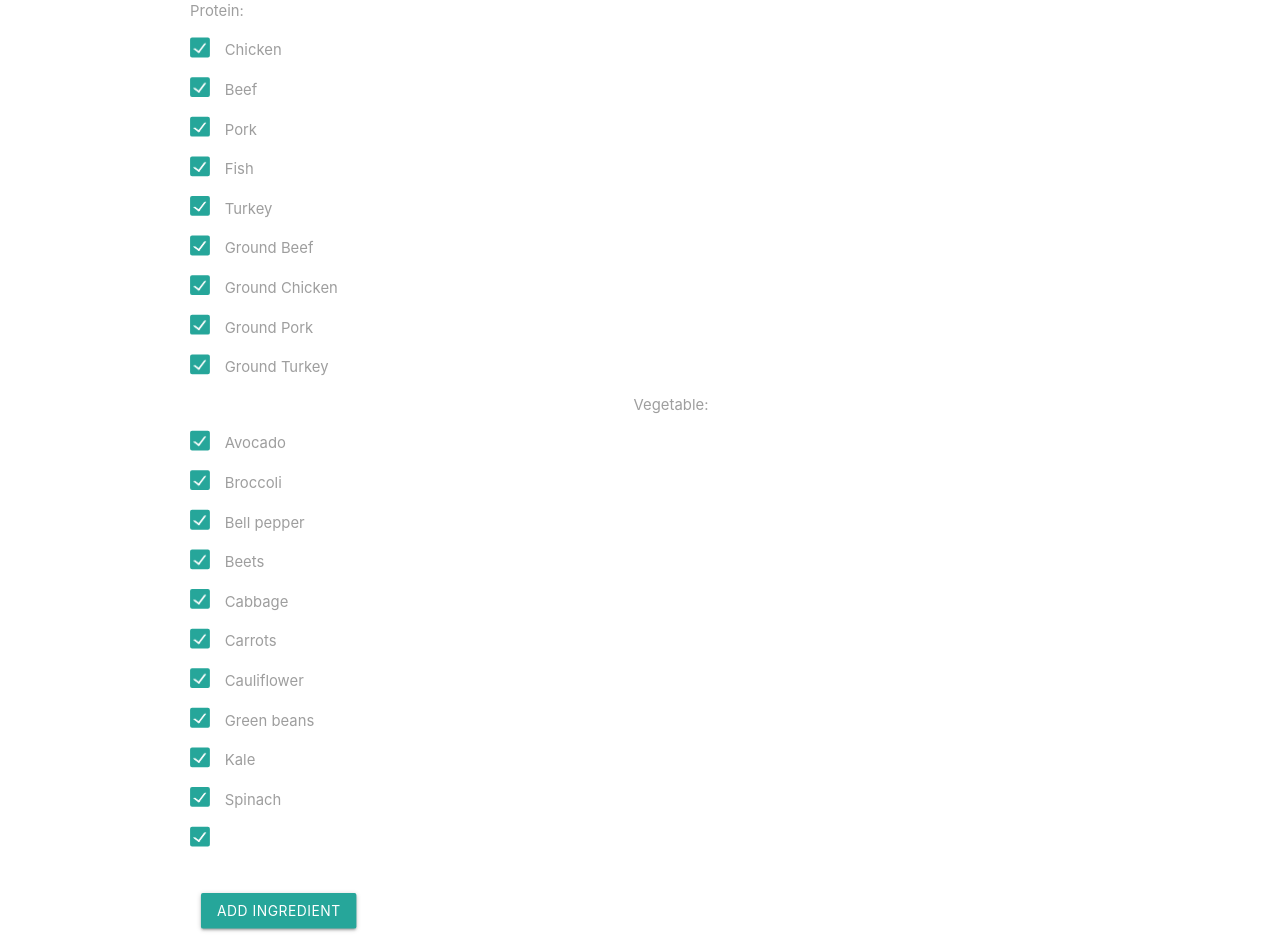
Repository: Aaron-R-Carter/Project1
Page: prototype.html
An editor plug-in stored every save of this project. The page is shown before and after the next save, followed by the edit.
The browser window is 1280 px wide. The pictures show the whole page, at 99% of full size.

Above is the page before, as saved 2019-10-31 23:39:29.
Console error: SyntaxError: Unexpected token '<'

### prototype.html
<!DOCTYPE html>
<html>

<head>
    <!--Import Google Icon Font-->
    <link href="https://fonts.googleapis.com/icon?family=Material+Icons" rel="stylesheet">
    <!--Import materialize.css-->
    <link rel="stylesheet" href="https://cdnjs.cloudflare.com/ajax/libs/materialize/1.0.0/css/materialize.min.css">
    <link rel="stylesheet" href="./prototype.css">
    <!--Let browser know website is optimized for mobile-->
    <meta name="viewport" content="width=device-width, initial-scale=1.0" />

</head>

<body>

    <div class="container">
        <div id="check-box" class="row">
            <div class="protein-col m3">

                <form action="#">
                    <label type="text" class="label">Protein:</label>
                    <p>
                        <label>
                            <input type="checkbox" class="filled-in" checked="checked" />
                            <span>Chicken</span>
                        </label>
                    </p>
                    <p>
                        <label>
                            <input type="checkbox" class="filled-in" checked="checked" />
                            <span>Beef</span>
                        </label>
                    </p>
                    <p>
                        <label>
                            <input type="checkbox" class="filled-in" checked="checked" />
                            <span>Pork</span>
                        </label>
                    </p>
                    <p>
                        <label>
                            <input type="checkbox" class="filled-in" checked="checked" />
                            <span>Fish</span>
                        </label>
                    </p>
                    <p>
                        <label>
                            <input type="checkbox" class="filled-in" checked="checked" />
                            <span>Turkey</span>
                        </label>
                    </p>
                    <p>
                        <label>
                            <input type="checkbox" class="filled-in" checked="checked" />
                            <span>Ground Beef</span>
                        </label>
                    </p>
                    <p>
                        <label>
                            <input type="checkbox" class="filled-in" checked="checked" />
                            <span>Ground Chicken</span>
                        </label>
                    </p>
                    <p>
                        <label>
                            <input type="checkbox" class="filled-in" checked="checked" />
                            <span>Ground Pork</span>
                        </label>
                    </p>
                    <p>
                        <label>
                            <input type="checkbox" class="filled-in" checked="checked" />
                            <span>Ground Turkey</span>
                        </label>
                    </p>

                    <div class="vegetable col m6"></div>

                    <form action="#">
                        <label type="text" class="label">Vegetable:</label>
                        <p>
                            <label>
                                <input type="checkbox" class="filled-in" checked="checked" />
                                <span>Avocado</span>
                            </label>
                        </p>
                        <p>
                            <label>
                                <input type="checkbox" class="filled-in" checked="checked" />
                                <span>Broccoli</span>
                            </label>
                        </p>
                        <p>
                            <label>
                                <input type="checkbox" class="filled-in" checked="checked" />
                                <span>Bell pepper</span>
                            </label>
                        </p>
                        <p>
                            <label>
                                <input type="checkbox" class="filled-in" checked="checked" />
                                <span>Beets</span>
                            </label>
                        </p>
                        <p>
                            <label>
                                <input type="checkbox" class="filled-in" checked="checked" />
                                <span>Cabbage</span>
                            </label>
                        </p>
                        <p>
                            <label>
                                <input type="checkbox" class="filled-in" checked="checked" />
                                <span>Carrots</span>
                            </label>
                        </p>
                        <p>
                            <label>
                                <input type="checkbox" class="filled-in" checked="checked" />
                                <span>Cauliflower</span>
                            </label>
                        </p>
                        <p>
                                <label>
                                    <input type="checkbox" class="filled-in" checked="checked" />
                                    <span>Green beans</span>
                                </label>
                            </p>
                        <p>
                            <label>
                                <input type="checkbox" class="filled-in" checked="checked" />
                                <span>Kale</span>
                            </label>
                        </p>
                        <p>
                            <label>
                                <input type="checkbox" class="filled-in" checked="checked" />
                                <span>Spinach</span>
                            </label>
                        </p>
                        <p>
                            <label>
                                <input type="checkbox" class="filled-in" checked="checked" />
                                <span></span>
                            </label>
                        </p>
                    </form>
            </div>


        </div>
        <form id="ingredient-add-btn" class="row">

            <!-- Button will trigger new ingredient to be added -->
            <div class="col s 12">
                <input id="add " class="btn btn-primary mb-2" type="submit" value="add ingredient">
            </div>
        </form>


        <div id="ingredient-view-button"></div>

    </div>



    <script src="https://code.jquery.com/jquery-3.4.1.min.js"
        integrity="sha256-CSXorXvZcTkaix6Yvo6HppcZGetbYMGWSFlBw8HfCJo=" crossorigin="anonymous"></script>
    <script src="https://cdnjs.cloudflare.com/ajax/libs/materialize/1.0.0/js/materialize.min.js"></script>
    <script src="./script.js"></script>

</body>

</html>

### prototype.css
#form-page {
    width: 100%;

    border: 2px solid black;
}
.label {
    font-size: 15px;
}
.input-field col m6{
   float:left;
}

### script.js

    <div id="left-box">
    <form id="ingredient-form">
        <label for="ingredient-input">List of Ingredients:</label>
        <br>
        <input type="text" id="ingredient-input" placeholder="Ingredients">

        <!-- Button will trigger new ingredients to be added -->
        <input id="add " class="btn btn-primary mb-2" type="submit" value="Add a zipcode">
    </form>

    <div id="zipcode-view"></div>
</div>

After the next save:
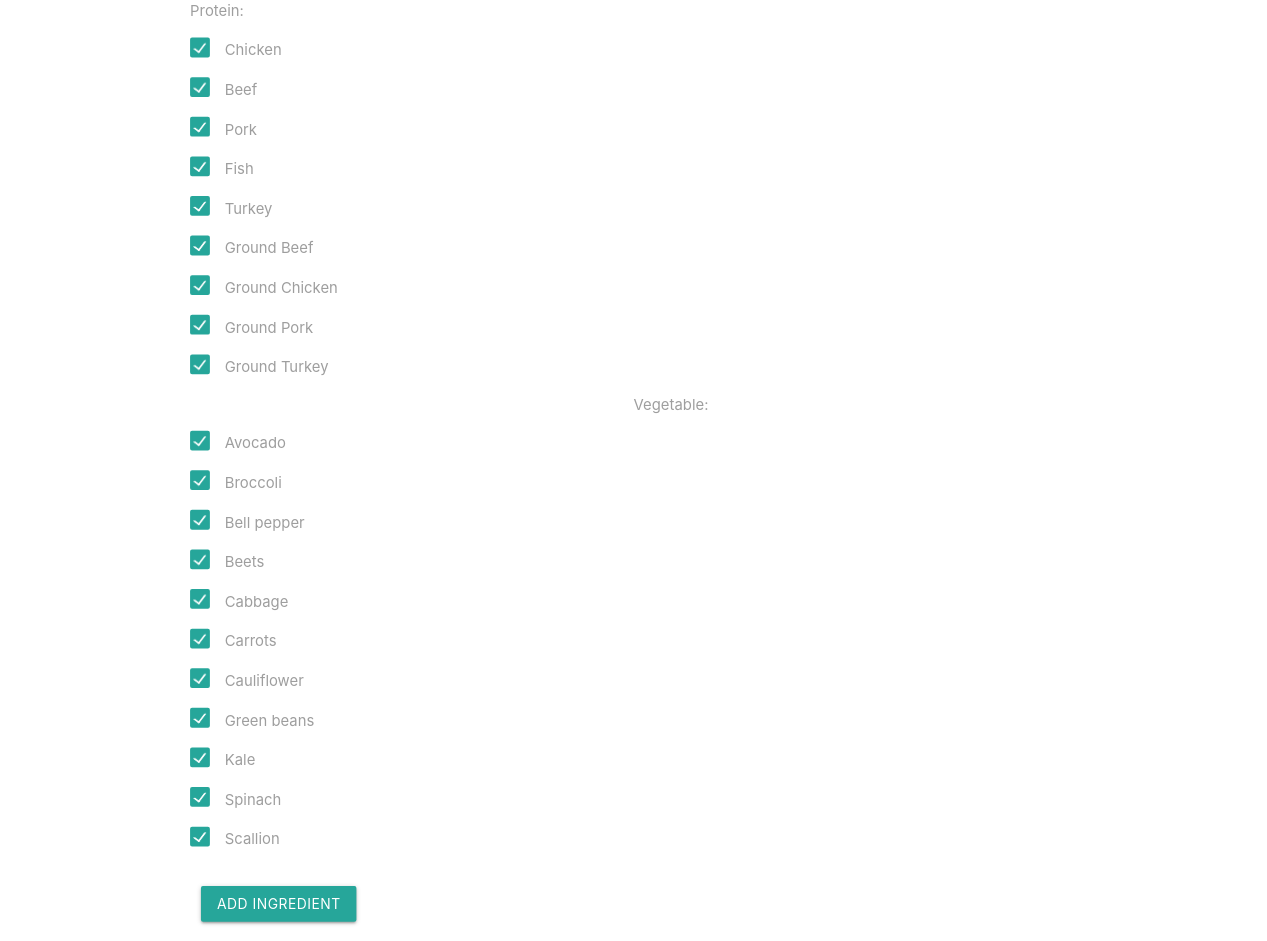
Saved 7 s later.
--- a/prototype.html
+++ b/prototype.html
@@ -142,7 +142,7 @@
                         <p>
                             <label>
                                 <input type="checkbox" class="filled-in" checked="checked" />
-                                <span></span>
+                                <span>Scallion</span>
                             </label>
                         </p>
                     </form>
